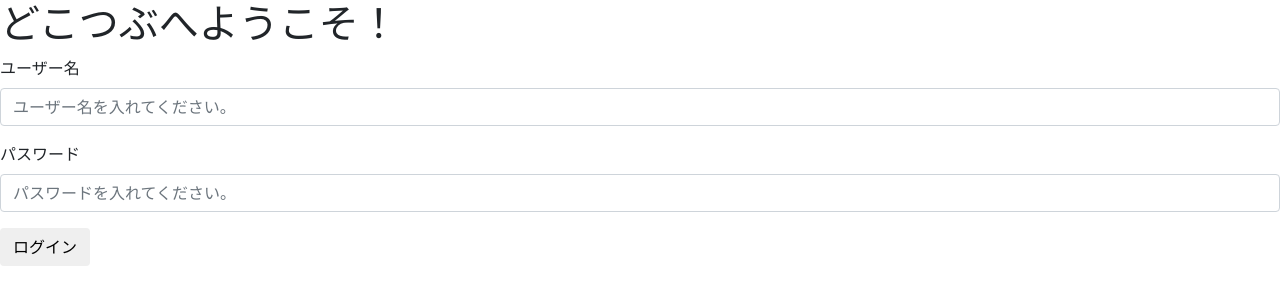
Repository: lunalice/01_START
Page: http://localhost/hello_world_now/
These files come from the project's save history. The page is drawn as it stood at one moment and after the next save; the edit follows.
The browser window is 1280 px wide. The pictures show the whole page.
The page is served by Tomcat 9.

Above is the page before, as saved 2018-02-07 05:41:45.
Console error: TypeError: Cannot read properties of undefined (reading 'fn')

After the next save:
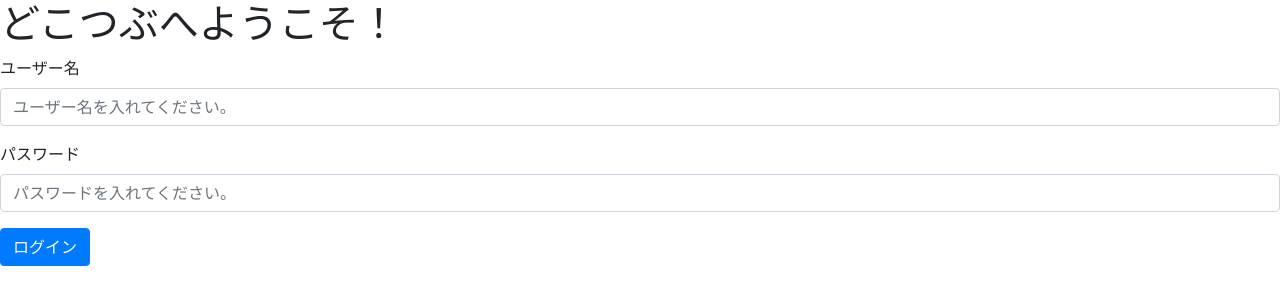
Saved 30 s later.
--- a/eclipse-workspace/hello_world_now/WebContent/index.jsp
+++ b/eclipse-workspace/hello_world_now/WebContent/index.jsp
@@ -25,7 +25,7 @@
 			<label for="InputEmail">パスワード</label>
 			<input type="text" class="form-control" name="pass" placeholder="パスワードを入れてください。">
 		</div>
-		<input class="btn btn-default" type="submit" value="ログイン">
+		<input class="btn btn-primary" type="submit" value="ログイン">
 	</form>
 </body>
 </html>
